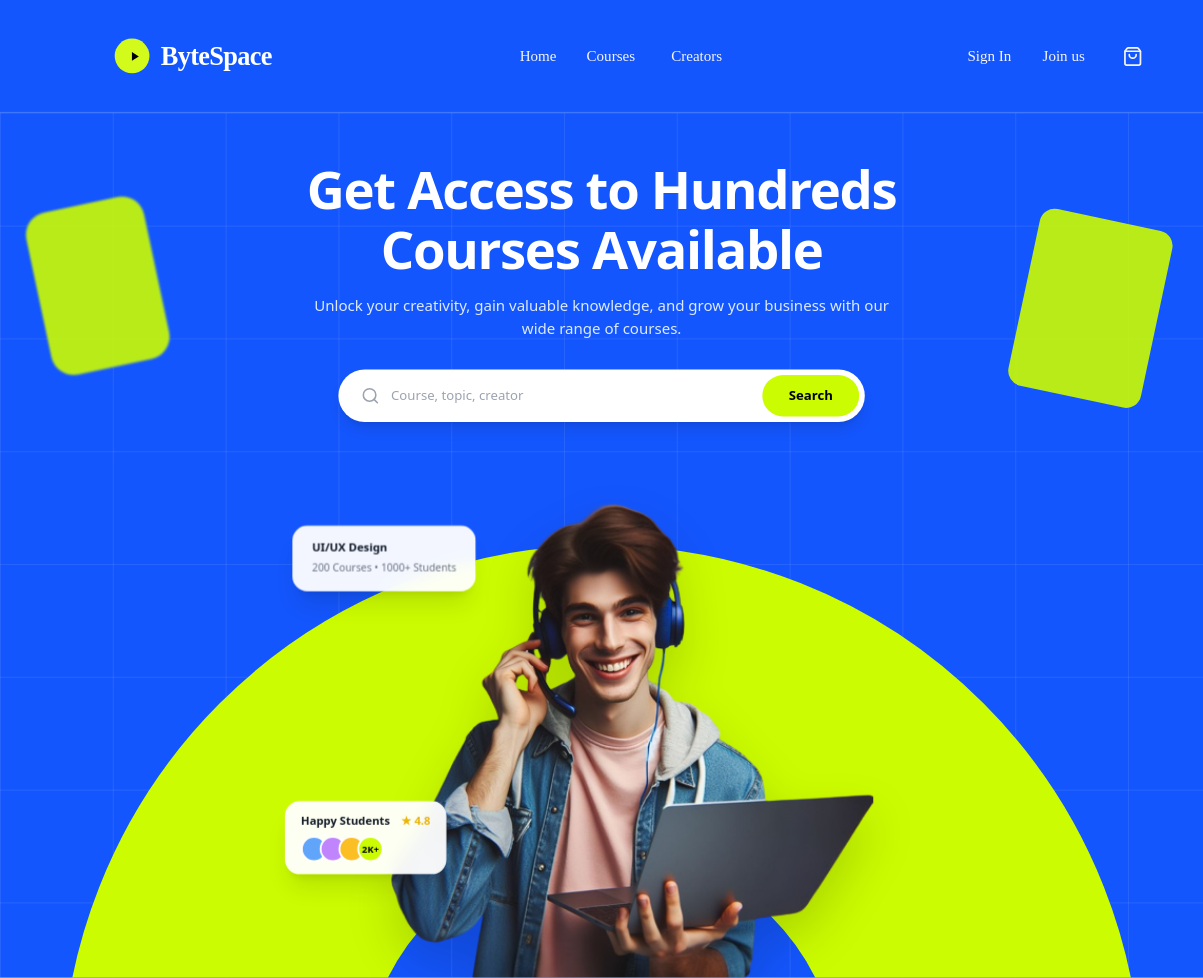
Repository: mdkawsarjomadder/bytespace
Page: /
The author's editor kept a copy of each file at every save. The page is drawn from the files as they stood at one save, then again after the next save.
The browser window is 1280 px wide. The pictures show the whole page, at 94% of full size.
Some web fonts or font styles are not loaded; a fallback is used. The project was rebuilt for these pictures with package versions that can differ from the ones it lists, and the page was loaded fresh each time. Also part of the build but not shown: vite.config.js.

Above is the page before, as saved 2026-09-29 18:38:38.

### index.html
<!doctype html>
<html lang="en">
  <head>
    <meta charset="UTF-8" />
    <link rel="icon" type="image/svg+xml" href="/favicon.svg" />
    <meta name="viewport" content="width=device-width, initial-scale=1.0" />
    <title>bytespace</title>
  </head>
  <body>
    <div id="root"></div>
    <script type="module" src="/src/main.jsx"></script>
    <link href="https://api.fontshare.com/v2/css?f[]=satoshi@400,500,700&display=swap" rel="stylesheet">
  </body>
</html>

### src/App.jsx
import React from 'react';
import Navbar from './components/Navbar';
import Hero from './components/Hero';

function App() {
  return (
    <div className="min-h-screen bg-gray-50 font-sans">
      <Navbar />
      <Hero />
    </div>
  );
}

export default App;

### src/components/Navbar.jsx
import React from 'react';
import { ShoppingBag } from 'lucide-react';

const Navbar = () => {
  return (
    <header className="w-full h-[120px] bg-[#1456fd] border-b border-blue-400/20 pl-[122px] pr-16 flex items-center justify-between relative z-50">
      {/* 1. Brand Logo (Figma Specs: 171px x 37px) */}
      <div
        className="w-[171px] h-[37px] flex items-center gap-3 cursor-pointer select-none"
        style={{ opacity: 1 }}
      >
        {/* Play Icon Logo */}
        <div className="w-[37px] h-[37px] rounded-full bg-[#d2fb1b] flex items-center justify-center shrink-0">
          <svg
            className="w-4 h-4 text-black fill-current translate-x-0.5"
            viewBox="0 0 24 24"
          >
            <path d="M8 5v14l11-7z" />
          </svg>
        </div>
        {/* Logo Text */}
        <span className="text-[28px] font-bold tracking-tight text-white leading-none font-['Satoshi']">
          ByteSpace
        </span>
      </div>

      {/* 2. Navigation Links */}
      <nav className="hidden md:flex items-center gap-8 font-['Satoshi']">
        <a
          href="#home"
          className="text-[#F5F5F6] text-[16px] leading-[160%] font-normal hover:text-[#d2fb1b] transition-colors"
        >
          Home
        </a>
        <a
          href="#courses"
          className="w-[58px] h-[26px] flex items-center text-[#F5F5F6] text-[16px] leading-[160%] font-normal hover:text-[#d2fb1b] transition-colors"
          style={{ opacity: 1 }}
        >
          Courses
        </a>
        <a
          href="#creators"
          className="text-[#F5F5F6] text-[16px] leading-[160%] font-normal hover:text-[#d2fb1b] transition-colors"
        >
          Creators
        </a>
      </nav>

      {/* 3. Action Buttons & Cart */}
      <div className="flex items-center gap-6 font-['Satoshi']">
        <button
          className="w-[49px] h-[24px] flex items-center justify-center text-[#F5F5F6] text-[16px] leading-[24px] font-normal hover:text-white/80 transition-colors"
          style={{ opacity: 1 }}
        >
          Sign In
        </button>
        <button
          className="h-[24px] px-2 flex items-center justify-center text-[#F5F5F6] text-[16px] leading-[24px] font-normal hover:text-white/80 transition-colors"
          style={{ opacity: 1 }}
        >
          Join us
        </button>
        <button className="text-[#F5F5F6] hover:text-[#d2fb1b] transition-colors flex items-center justify-center ml-2">
          <ShoppingBag size={22} strokeWidth={2} />
        </button>
      </div>
    </header>
  );
};

export default Navbar;

### src/components/Hero.jsx
import React from 'react';
import { Search } from 'lucide-react';
import One1 from '../assets/01.png';

const Hero = () => {
  return (
    <section className="relative w-full bg-[#1456fd] overflow-hidden pt-12 pb-0 text-white flex flex-col items-center justify-between min-h-[920px]">
      {/* 1. Background Grid Pattern */}
      <div className="absolute inset-0 bg-[linear-gradient(to_right,#ffffff15_1px,transparent_1px),linear-gradient(to_bottom,#ffffff15_1px,transparent_1px)] bg-[size:120px_120px] pointer-events-none" />

      {/* 2. Ellipse 7 Background Ring (Figma Exact Position) */}
      <div
        className="absolute rounded-full pointer-events-none z-0"
        style={{
          width: '1149px',
          height: '1149px',
          top: '460px',

          left: '50%',
          transform: 'translateX(-50%)',
          border: '320px solid #CBFC01',
          boxSizing: 'border-box',
        }}
      />

      {/* 3. Decorative 3D Elements */}
      <div className="absolute left-10 top-24 w-32 h-44 bg-[#CBFC01] rounded-3xl opacity-90 blur-[1px] transform -rotate-12 pointer-events-none hidden lg:block" />
      <div className="absolute right-12 top-28 w-36 h-48 bg-[#CBFC01] rounded-2xl opacity-90 transform rotate-12 pointer-events-none hidden lg:block" />

      {/* 4. Top Area: Title + Subtitle + Search Bar */}
      <div className="relative z-10 w-full max-w-[1200px] mx-auto px-4 flex flex-col items-center text-center">
        <h1 className="text-4xl md:text-[56px] font-bold tracking-tight text-white leading-[1.15] max-w-[900px]">
          Get Access to Hundreds <br /> Courses Available
        </h1>

        <p className="mt-4 text-sm md:text-base text-blue-100 max-w-[650px] font-normal leading-relaxed">
          Unlock your creativity, gain valuable knowledge, and grow your business with our wide range of courses.
        </p>

        {/* Search Bar */}
        <div className="mt-8 w-full max-w-[560px] bg-white rounded-full p-1.5 pl-6 flex items-center shadow-lg justify-between gap-3">
          <div className="flex items-center gap-3 w-full">
            <Search className="w-5 h-5 text-gray-400 shrink-0" />
            <input
              type="text"
              placeholder="Course, topic, creator"
              className="w-full bg-transparent text-gray-800 placeholder-gray-400 focus:outline-none text-sm font-medium"
            />
          </div>
          <button className="bg-[#CBFC01] hover:bg-[#b5e200] text-black font-semibold text-sm px-7 py-3 rounded-full transition-all duration-200 shrink-0 cursor-pointer">
            Search
          </button>
        </div>
      </div>

      {/* 5. Hero Visual Area (Image sitting flat at section bottom) */}
      <div className="relative w-full max-w-[578px] h-[541px] flex justify-center items-end z-10 mt-auto">

        {/* Main Student Image */}
        <img
          src={One1}
          alt="Student Learning"
          className="w-[578px] h-[541px] object-contain block select-none pointer-events-none drop-shadow-2xl"
        />

        {/* Floating Card: UI/UX Design (Top Left) */}
        <div className="absolute -left-10 top-[60px] z-20 bg-white/95 backdrop-blur text-black p-3.5 px-5 rounded-2xl shadow-xl border border-white/20">
          <span className="text-xs font-bold text-gray-900 block">UI/UX Design</span>
          <span className="text-[11px] text-gray-500 font-medium">200 Courses • 1000+ Students</span>
        </div>

        {/* Floating Card: Learning Progress (Top Right) */}
      <div className="absolute top-[651px] left-[842px] z-20 w-[232px] h-[131px] p-4 rounded-[16px] bg-white backdrop-blur-[20px] shadow-xl flex flex-col justify-between">
  {/* Step 2: Learning Progress Title */}
  <span className="font-['Satoshi'] font-medium text-[14px] leading-[120%] tracking-[0%] text-gray-500">
    Learning Progress
  </span>

  {/* Step 3: Percentage (55%) */}
  <span className="w-[96px] h-[58px] font-['Poppins'] font-semibold text-[48px] leading-[120%] tracking-[-0.01em] text-[#242528] flex items-center">
    55%
  </span>

  {/* Progress Bar */}
  <div className="w-full bg-gray-100 h-1.5 rounded-full overflow-hidden">
    <div className="bg-[#CBFC01] h-full w-[55%] rounded-full" />
  </div>
</div>

        {/* Floating Card: Happy Students (Bottom Left) */}
        <div className="absolute -left-12 bottom-[110px] z-20 bg-white/95 backdrop-blur text-black p-3 px-4 rounded-2xl shadow-xl border border-white/20">
          <div className="flex items-center justify-between gap-3 mb-2">
            <span className="text-xs font-bold text-gray-900">Happy Students</span>
            <span className="text-xs font-semibold text-yellow-500">★ 4.8</span>
          </div>
          <div className="flex items-center -space-x-2">
            <div className="w-7 h-7 rounded-full bg-blue-400 border-2 border-white"></div>
            <div className="w-7 h-7 rounded-full bg-purple-400 border-2 border-white"></div>
            <div className="w-7 h-7 rounded-full bg-amber-400 border-2 border-white"></div>
            <div className="w-7 h-7 rounded-full bg-[#CBFC01] border-2 border-white flex items-center justify-center text-[10px] font-bold text-black">
              2K+
            </div>
          </div>
        </div>

      </div>
    </section>
  );
};

export default Hero;

Loaded but not shown: src/main.jsx (common file); src/index.css (common file); tailwind.config.js (common file)

After the next save:
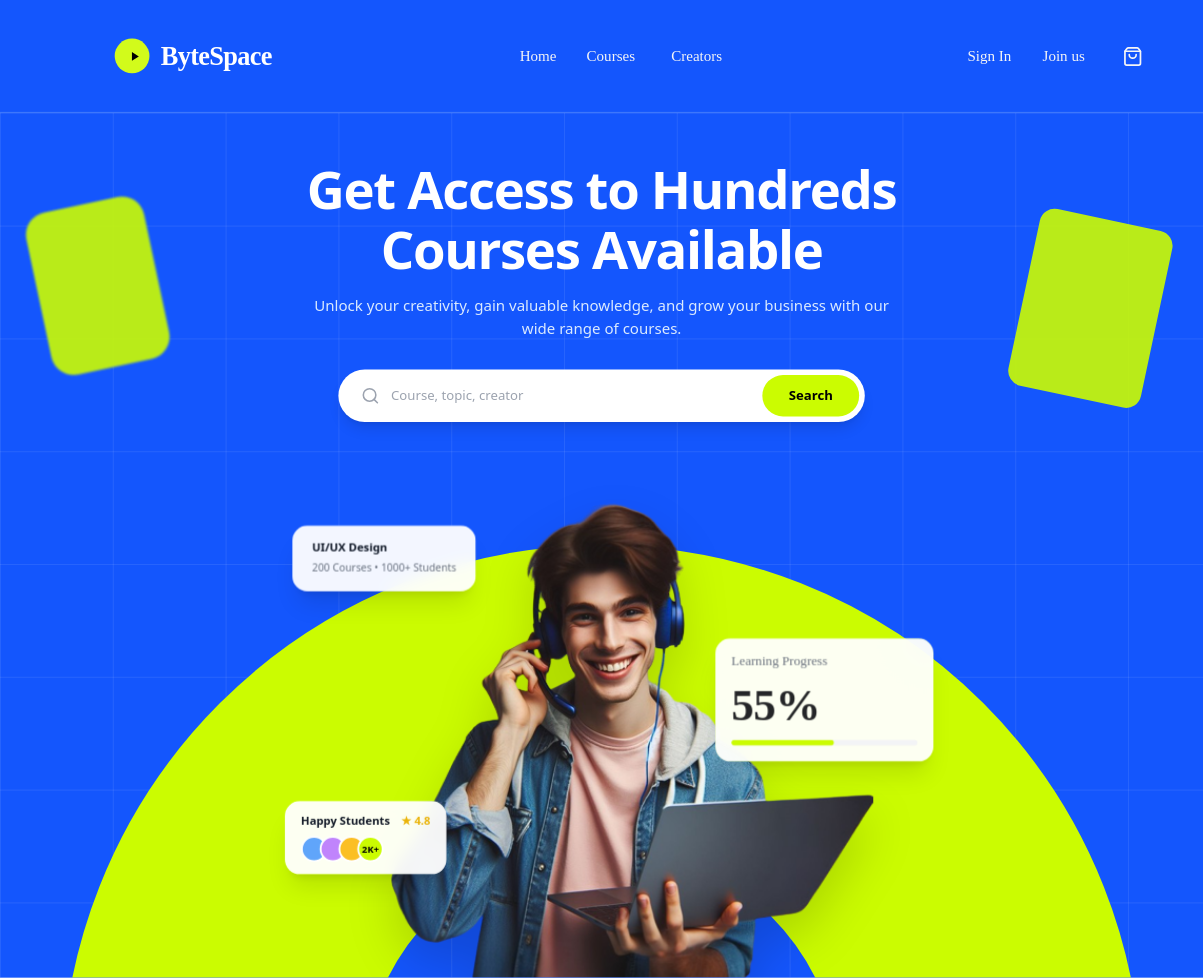
Saved 58 s later.
--- a/src/components/Hero.jsx
+++ b/src/components/Hero.jsx
@@ -8,14 +8,13 @@ const Hero = () => {
       {/* 1. Background Grid Pattern */}
       <div className="absolute inset-0 bg-[linear-gradient(to_right,#ffffff15_1px,transparent_1px),linear-gradient(to_bottom,#ffffff15_1px,transparent_1px)] bg-[size:120px_120px] pointer-events-none" />
 
-      {/* 2. Ellipse 7 Background Ring (Figma Exact Position) */}
+      {/* 2. Ellipse 7 Background Ring */}
       <div
         className="absolute rounded-full pointer-events-none z-0"
         style={{
           width: '1149px',
           height: '1149px',
           top: '460px',
-
           left: '50%',
           transform: 'translateX(-50%)',
           border: '320px solid #CBFC01',
@@ -53,7 +52,7 @@ const Hero = () => {
         </div>
       </div>
 
-      {/* 5. Hero Visual Area (Image sitting flat at section bottom) */}
+      {/* 5. Hero Visual Area */}
       <div className="relative w-full max-w-[578px] h-[541px] flex justify-center items-end z-10 mt-auto">
 
         {/* Main Student Image */}
@@ -69,23 +68,20 @@ const Hero = () => {
           <span className="text-[11px] text-gray-500 font-medium">200 Courses • 1000+ Students</span>
         </div>
 
-        {/* Floating Card: Learning Progress (Top Right) */}
-      <div className="absolute top-[651px] left-[842px] z-20 w-[232px] h-[131px] p-4 rounded-[16px] bg-white backdrop-blur-[20px] shadow-xl flex flex-col justify-between">
-  {/* Step 2: Learning Progress Title */}
-  <span className="font-['Satoshi'] font-medium text-[14px] leading-[120%] tracking-[0%] text-gray-500">
-    Learning Progress
-  </span>
+        {/* Floating Card: Learning Progress (Fixed Position on Right Side of Image) */}
+        <div className="absolute -right-16 top-[180px] z-20 w-[232px] h-[131px] p-4 rounded-[16px] bg-white/95 backdrop-blur-[20px] shadow-xl flex flex-col justify-between border border-white/20">
+          <span className="font-['Satoshi'] font-medium text-[14px] leading-[120%] tracking-[0%] text-gray-500">
+            Learning Progress
+          </span>
 
-  {/* Step 3: Percentage (55%) */}
-  <span className="w-[96px] h-[58px] font-['Poppins'] font-semibold text-[48px] leading-[120%] tracking-[-0.01em] text-[#242528] flex items-center">
-    55%
-  </span>
+          <span className="w-[96px] h-[58px] font-['Poppins'] font-semibold text-[48px] leading-[120%] tracking-[-0.01em] text-[#242528] flex items-center">
+            55%
+          </span>
 
-  {/* Progress Bar */}
-  <div className="w-full bg-gray-100 h-1.5 rounded-full overflow-hidden">
-    <div className="bg-[#CBFC01] h-full w-[55%] rounded-full" />
-  </div>
-</div>
+          <div className="w-full bg-gray-100 h-1.5 rounded-full overflow-hidden">
+            <div className="bg-[#CBFC01] h-full w-[55%] rounded-full" />
+          </div>
+        </div>
 
         {/* Floating Card: Happy Students (Bottom Left) */}
         <div className="absolute -left-12 bottom-[110px] z-20 bg-white/95 backdrop-blur text-black p-3 px-4 rounded-2xl shadow-xl border border-white/20">
